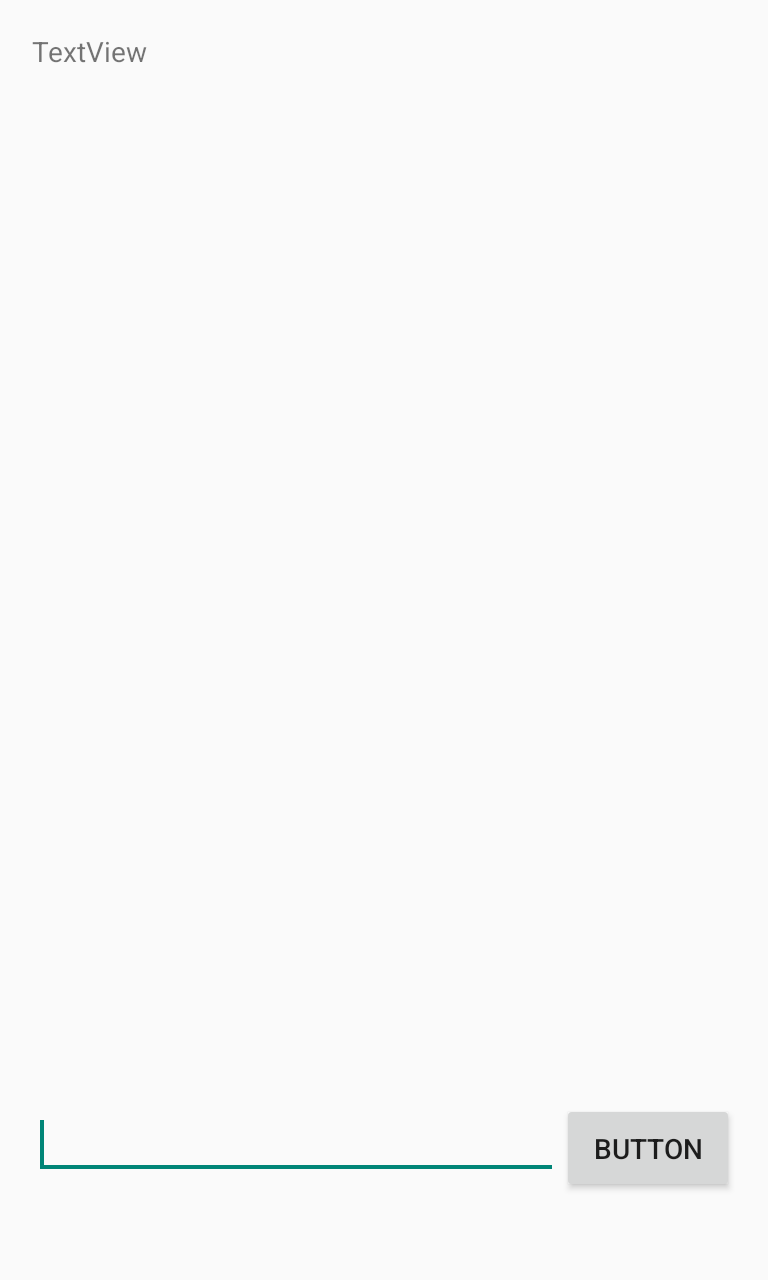
Repository: mg-badman/SPCS11
Layout: softproj_app_final/softwProj/res/layout/activity_main.xml
These files come from the project's save history. The layout is drawn as it stood at one moment and after the next save; the edit follows.
It is drawn on a 768 x 1280 px phone screen (xhdpi) without system bars, with theme AppTheme; the app's code is not run.

Above is the layout before, as saved 2015-06-01 02:25:39.

### softproj_app_final/softwProj/res/layout/activity_main.xml
<RelativeLayout xmlns:android="http://schemas.android.com/apk/res/android"
    xmlns:tools="http://schemas.android.com/tools"
    android:layout_width="match_parent"
    android:layout_height="match_parent"
    android:paddingBottom="@dimen/activity_vertical_margin"
    android:paddingLeft="@dimen/activity_horizontal_margin"
    android:paddingRight="@dimen/activity_horizontal_margin"
    android:paddingTop="@dimen/activity_vertical_margin"
    tools:context="com.test.softwproj.MainActivity" >

    <LinearLayout
        android:layout_width="fill_parent"
        android:layout_height="fill_parent"
        android:layout_alignParentLeft="true"
        android:layout_alignParentTop="true"
        android:orientation="vertical" >

        <TextView
            android:id="@+id/textView1"
            android:layout_width="fill_parent"
            android:layout_height="wrap_content"
            android:layout_weight="1"
            android:text="TextView" />

        <LinearLayout
            android:layout_width="fill_parent"
            android:layout_height="wrap_content"
            android:layout_weight="0.05">

            <EditText
                android:id="@+id/editText1"
                android:layout_width="wrap_content"
                android:layout_height="wrap_content"
                android:layout_weight="1"
                >

                <requestFocus />
            </EditText>

            <Button
                android:id="@+id/button1"
                android:layout_width="wrap_content"
                android:layout_height="wrap_content"
                android:layout_weight="0"
                android:text="Button" />

        </LinearLayout>

    </LinearLayout>

</RelativeLayout>

Loaded but not shown: softproj_app_final/softwProj/res/values/styles.xml (common file); softproj_app_final/softwProj/res/values-v11/styles.xml (common file); softproj_app_final/softwProj/res/values-v14/styles.xml (common file); softproj_app_final/softwProj/res/values/dimens.xml (common file); softproj_app_final/softwProj/res/values-w820dp/dimens.xml (common file)

After the next save:
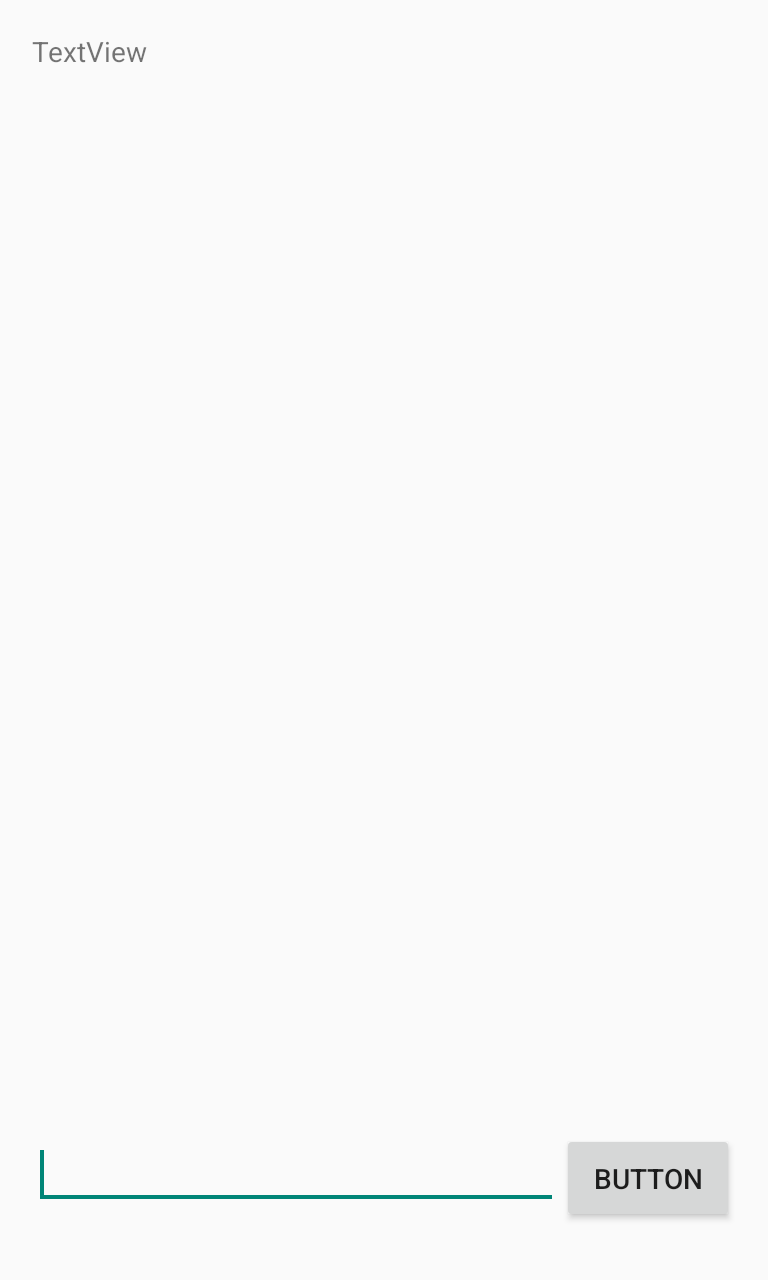
Saved 12 s later.
--- a/softproj_app_final/softwProj/res/layout/activity_main.xml
+++ b/softproj_app_final/softwProj/res/layout/activity_main.xml
@@ -25,7 +25,7 @@
         <LinearLayout
             android:layout_width="fill_parent"
             android:layout_height="wrap_content"
-            android:layout_weight="0.05">
+            android:layout_weight="0.02">
 
             <EditText
                 android:id="@+id/editText1"
